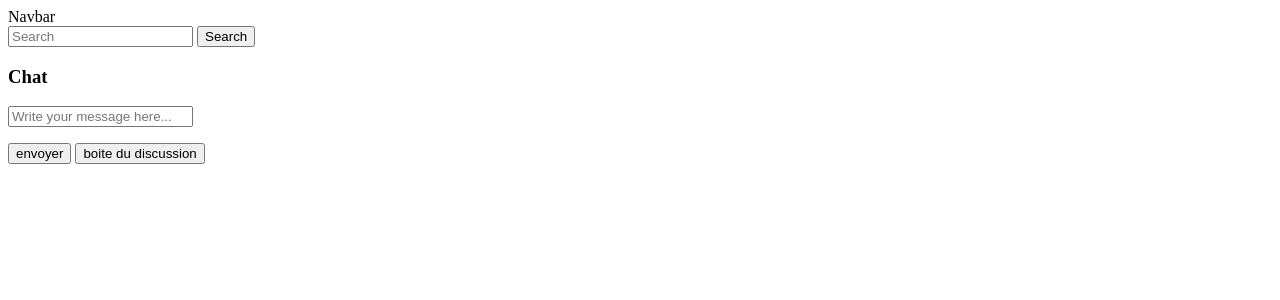
Repository: hassen-mnejja/Real_Estate_Agency_Website
Page: http://localhost/frontoffice/ControleurMessageServlet
The author's editor kept a copy of each file at every save. The page is drawn from the files as they stood at one save, then again after the next save.
The browser window is 1280 px wide. The pictures show the whole page.
The page is served by Tomcat 9.

Above is the page before, as saved 2020-06-26 16:15:47.

After the next save:
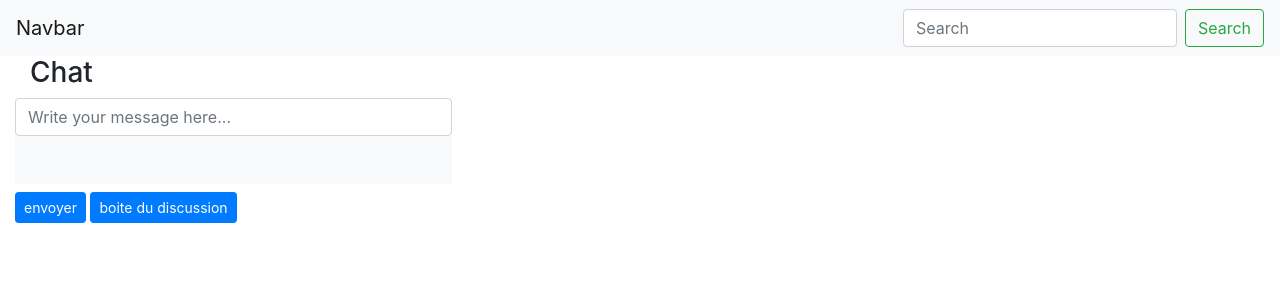
Saved 2 min 16 s later.
--- a/frontoffice/WebContent/WEB-INF/Mess.jsp
+++ b/frontoffice/WebContent/WEB-INF/Mess.jsp
@@ -4,7 +4,8 @@
 <html>
     <head>
         <meta charset="utf-8" />
-        <!--  <link rel="stylesheet" href="form.css" />-->
+         <link rel="stylesheet" href="css/bootstrap.css" />
+         <link rel="stylesheet" href="css/bootstrap.min.css" />
         <title>messagerire</title>
 <script type="text/javascript">
 	function confirmer(url) {
